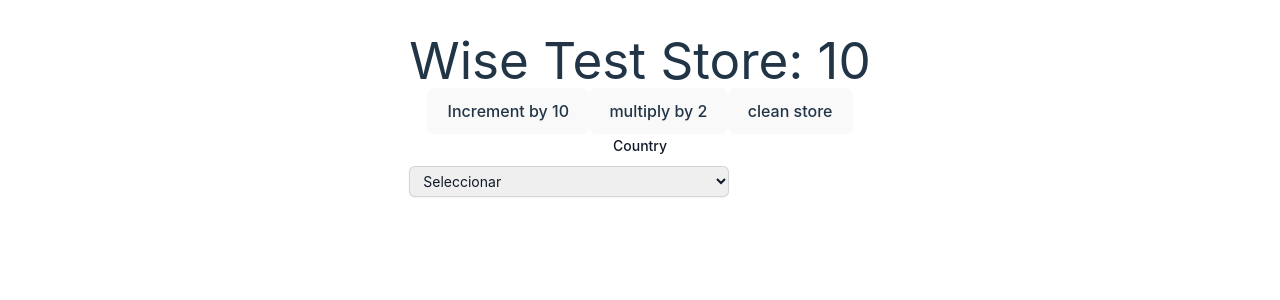
Repository: marianozamora/reactredux-wise
Page: /
An editor plug-in stored every save of this project. The page is shown before and after the next save, followed by the edit.
The browser window is 1280 px wide. The pictures show the whole page.
The page's requests for data from a server got no answer. The project was rebuilt for these pictures with package versions that can differ from the ones it lists, and the page was loaded fresh each time. No one was signed in, and anything a server would have sent is missing. Also part of the build but not shown: vite.config.ts.

Above is the page before, as saved 2023-04-08 01:52:54.

### src/App.tsx
import React from "react";
import "./App.css";
import { useEffect } from "react";
import shallow from "zustand/shallow";
import { useCounterStore } from "./store/counterStore";


function App() {
  const { count, title, products } = useCounterStore(
    (state) => ({
      count: state.count,
      title: state.title,
      products: state.products,
    }),
    shallow
  );
  const { increment, getProducts, cleanStore, multiply } = useCounterStore();

  useEffect(() => {
    getProducts();
  }, []);

  return (
    <div className="md:container md:mx-auto ">
      <h1>
        {title}: {count}
      </h1>

      <div>
        <button
          onClick={() => {
            increment(10);
          }}
        >
          Increment by 10
        </button>

        <button onClick={() => multiply(2)}>multiply by 2</button>

        <button onClick={() => cleanStore()}>clean store</button>
      </div>

      <form>
        <div className="sm:col-span-3 align-middle text-center ">
            <label htmlFor="country" className="block text-sm font-medium leading-6 text-gray-900">Country</label>
            <div className="mt-2">
            <select id="country" name="country" autoComplete="country-name" className="block w-full rounded-md border-0 py-1.5 text-gray-900 shadow-sm ring-1 ring-inset ring-gray-300 focus:ring-2 focus:ring-inset focus:ring-indigo-600 sm:max-w-xs sm:text-sm sm:leading-6 p-[10px]">
                <option value="">Seleccionar</option>
                <option>United States</option>
                <option>Canada</option>
                <option>Mexico</option>
              </select>
            </div>
          </div>
      </form>

      <div className="flex justify-center flex-wrap flex-row  ">
      {
        products.map((product) => (


          <div key={product.id} className="max-w-sm bg-white border border-gray-200 rounded-lg shadow dark:bg-gray-800 dark:border-gray-700  m-2 w-full xl:w-[30%] lg:w-[48%]">
            <div
              className="bg-indigo-300 rounded-t-lg ">
              <img className="rounded-t-lg object-cover h-48 w-96 " src={product.image} alt="" />
            </div>
              <div className="p-3">
                  <a href="#">
                    <h5 className="mb-2 text-2xl font-bold tracking-tight text-gray-900 dark:text-white">{ product.title }</h5>
                  </a>
              {/* <p className="mb-3 font-normal text-gray-700 dark:text-gray-400">{product.description}</p> */}

                  <a href="#" className="inline-flex items-center px-3 py-2 text-sm font-medium text-center text-white bg-green-500 rounded-lg hover:bg-green-600 focus:ring-green-300 dark:bg-green-400 dark:hover:bg-green-500 ">
                      Read more
                  </a>
              </div>
          </div>

        ))
      }

      </div>
    </div>
  );
}

export default App;

### src/index.css
@tailwind base;
@tailwind components;
@tailwind utilities;


:root {
  font-family: Inter, system-ui, Avenir, Helvetica, Arial, sans-serif;
  line-height: 1.5;
  font-weight: 400;

  color-scheme: light dark;
  color: rgba(255, 255, 255, 0.87);
  background-color: #242424;

  font-synthesis: none;
  text-rendering: optimizeLegibility;
  -webkit-font-smoothing: antialiased;
  -moz-osx-font-smoothing: grayscale;
  -webkit-text-size-adjust: 100%;
}

/* a {
  font-weight: 500;
  color: #646cff;
  text-decoration: inherit;
}
a:hover {
  color: #535bf2;
} */

body {
  margin: 0;
  display: flex;
  place-items: center;
  /* min-width: 320px;
  min-height: 100vh; */
}

h1 {
  font-size: 3.2em;
  line-height: 1.1;
}

button {
  border-radius: 8px;
  border: 1px solid transparent;
  padding: 0.6em 1.2em;
  font-size: 1em;
  font-weight: 500;
  font-family: inherit;
  background-color: #1a1a1a;
  cursor: pointer;
  transition: border-color 0.25s;
}
/* button:hover {
  border-color: #646cff;
}
button:focus,
button:focus-visible {
  outline: 4px auto -webkit-focus-ring-color;
} */

@media (prefers-color-scheme: light) {
  :root {
    color: #213547;
    background-color: #ffffff;
  }
  a:hover {
    color: white;
  }
  button {
    background-color: #f9f9f9;
  }
}

### src/App.css

#root {
  max-width: 1280px;
  margin: 0 auto;
  padding: 2rem;
  text-align: center  ;
}

/* .logo {
  height: 6em;
  padding: 1.5em;
  will-change: filter;
  transition: filter 300ms;
} */
/* .logo:hover {
  filter: drop-shadow(0 0 2em #646cffaa);
}
.logo.react:hover {
  filter: drop-shadow(0 0 2em #61dafbaa);
} */

@keyframes logo-spin {
  from {
    transform: rotate(0deg);
  }
  to {
    transform: rotate(360deg);
  }
}

@media (prefers-reduced-motion: no-preference) {
  a:nth-of-type(2) .logo {
    animation: logo-spin infinite 20s linear;
  }
}

.card {
  padding: 2em;
}

.read-the-docs {
  color: #888;
}

### src/store/counterStore.ts
import create from "zustand";

export interface Product {
    id: number;
    title: string;
    body: string;
    price: number;
    category: string;
    description: string;
    image: string;
    rating: {
        rate: number;
        count: number;
    };
}

interface CounterState {
  count: number;
  title: string;
  products: Product[];
  increment: (value: number) => void;
  getProducts: () => Promise<void>;
  cleanStore: () => void;
  multiply: (value: number) => void;
}

export const useCounterStore = create<CounterState>((set, get) => ({
  title: "Wise Test Store",
  count: 10,
  products: [],
  increment: (value: number) =>
    set((state) => ({ ...state, count: state.count + value })),
  getProducts: async () => {
    const products = await (
      await fetch("https://fakestoreapi.com/products")
    ).json();
    set((state) => ({ ...state, products }));
  },
  cleanStore: () => set({}, true),
  multiply: (value: number) => {
    // const count = get().count
    const { count } = get();
    set({ count: count * value });
  },
}));

Loaded but not shown: index.html (common file); src/main.tsx (common file); tailwind.config.js (common file)

After the next save:
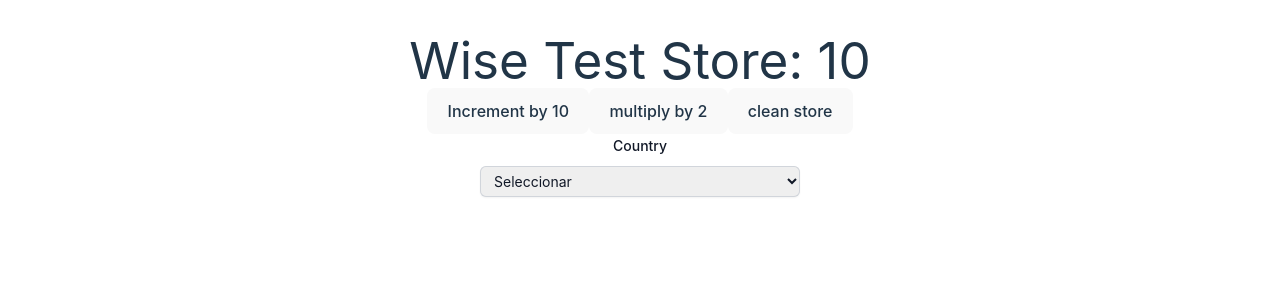
Saved 45 s later.
--- a/src/App.tsx
+++ b/src/App.tsx
@@ -44,7 +44,7 @@ function App() {
         <div className="sm:col-span-3 align-middle text-center ">
             <label htmlFor="country" className="block text-sm font-medium leading-6 text-gray-900">Country</label>
             <div className="mt-2">
-            <select id="country" name="country" autoComplete="country-name" className="block w-full rounded-md border-0 py-1.5 text-gray-900 shadow-sm ring-1 ring-inset ring-gray-300 focus:ring-2 focus:ring-inset focus:ring-indigo-600 sm:max-w-xs sm:text-sm sm:leading-6 p-[10px]">
+            <select id="country" name="country" autoComplete="country-name" className="block w-full rounded-md border-0 py-1.5 text-gray-900 shadow-sm ring-1 ring-inset ring-gray-300 focus:ring-2 focus:ring-inset focus:ring-indigo-600 sm:max-w-xs sm:text-sm sm:leading-6 p-[10px] m-auto">
                 <option value="">Seleccionar</option>
                 <option>United States</option>
                 <option>Canada</option>
